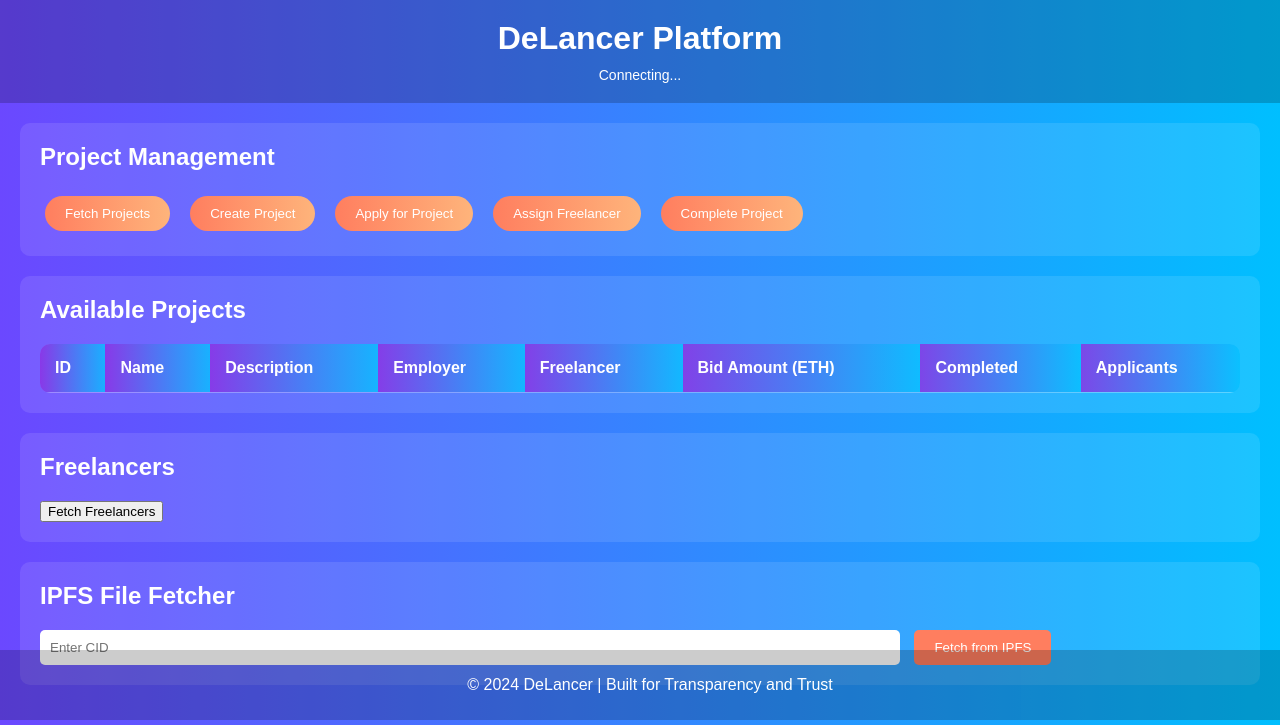
Repository: navjoth/DeLancer
Page: public/index.html
The author's editor kept a copy of each file at every save. The page is drawn from the files as they stood at one save, then again after the next save.
The browser window is 1280 px wide. The pictures show the whole page.

Above is the page before, as saved 2025-03-19 08:20:35.

### public/index.html
<!DOCTYPE html>
<html lang="en">

<head>
    <meta charset="UTF-8">
    <meta name="viewport" content="width=device-width, initial-scale=1.0">
    <title>DeLancer</title>
    <script src="https://cdn.jsdelivr.net/npm/web3@1.6.1/dist/web3.min.js"></script>
    <link rel="stylesheet" href="style.css">
</head>

<body>
    <header>
        <h1>DeLancer Platform</h1>
        <div id="userAccount" class="status">Connecting...</div>
    </header>

    <main>
        <!-- Action Buttons Section -->
        <section class="action-section">
            <h2>Project Management</h2>
            <div class="button-group">
                <button id="fetchProjectsBtn">Fetch Projects</button>
                <button id="createProjectBtn">Create Project</button>
                <button id="applyProjectBtn">Apply for Project</button>
                <button id="assignFreelancerBtn">Assign Freelancer</button>
                <button id="completeProjectBtn">Complete Project</button>
            </div>
        </section>

        <!-- Display Sections -->
        <section class="display-section">
            <h2>Available Projects</h2>
            <table>
                <thead>
                    <tr>
                        <th>ID</th>
                        <th>Name</th>
                        <th>Description</th>
                        <th>Employer</th>
                        <th>Freelancer</th>
                        <th>Bid Amount (ETH)</th>
                        <th>Completed</th>
                        <th>Applicants</th>
                    </tr>
                </thead>
                <tbody id="projectTable"></tbody>
            </table>
        </section>

        <!-- Freelancer Section -->
        <section class="freelancer-section">
            <h2>Freelancers</h2>
            <button id="fetchFreelancersBtn">Fetch Freelancers</button>
            <div id="freelancerTable"></div>
        </section>

        <!-- IPFS Section -->
        <section class="ipfs-section">
            <h2>IPFS File Fetcher</h2>
            <input type="text" id="cidInput" placeholder="Enter CID" />
            <button id="fetchButton">Fetch from IPFS</button>
        </section>
    </main>

    <footer>
        <p>© 2024 DeLancer | Built for Transparency and Trust</p>
    </footer>

    <script src="js/app.js"></script>
</body>

</html>

### public/style.css
body {
    font-family: Arial, sans-serif;
    background: linear-gradient(to right, #6b48ff, #00bfff);
    color: #fff;
    margin: 0;
    padding: 0;
}

header {
    text-align: center;
    padding: 20px;
    background: rgba(0, 0, 0, 0.2);
}

header h1 {
    margin: 0;
}

.status {
    font-size: 14px;
    margin-top: 10px;
}

main {
    padding: 20px;
}

section {
    background: rgba(255, 255, 255, 0.1);
    border-radius: 10px;
    padding: 20px;
    margin-bottom: 20px;
}

h2 {
    margin-top: 0;
}

.button-group {
    display: flex;
    gap: 10px;
    flex-wrap: wrap;
}

.button-group button {
    background: linear-gradient(90deg, #ff7e5f, #feb47b);
    color: #fff;
    border: none;
    padding: 10px 20px;
    margin: 5px;
    border-radius: 25px;
    cursor: pointer;
    transition: transform 0.2s ease, background 0.3s ease;
}

.button-group button:hover {
    transform: scale(1.05);
    background: linear-gradient(90deg, #feb47b, #ff7e5f);
}

table {
    width: 100%;
    border-collapse: collapse;
    margin-top: 20px;
    background: rgba(255, 255, 255, 0.1);
    border-radius: 10px;
    overflow: hidden;
}

th, td {
    padding: 15px;
    text-align: left;
    border-bottom: 1px solid rgba(255, 255, 255, 0.2);
    color: #fff;
}

th {
    background: linear-gradient(90deg, rgba(138, 43, 226, 0.8), rgba(0, 191, 255, 0.8));
    font-weight: bold;
}

td {
    background: rgba(255, 255, 255, 0.05);
}

#freelancerTable div {
    background: rgba(255, 255, 255, 0.1);
    padding: 15px;
    margin: 10px 0;
    border-radius: 10px;
    color: #fff;
}

#freelancerTable hr {
    border: 0;
    border-top: 1px solid rgba(255, 255, 255, 0.2);
}

.ipfs-section input {
    padding: 10px;
    width: 70%;
    border: none;
    border-radius: 5px;
    margin-right: 10px;
}

.ipfs-section button {
    padding: 10px 20px;
    border: none;
    border-radius: 5px;
    background: #ff7e5f;
    color: #fff;
    cursor: pointer;
}

footer {
    text-align: center;
    padding: 10px;
    background: rgba(0, 0, 0, 0.2);
    position: fixed;
    bottom: 0;
    width: 100%;
}

Loaded but not shown: public/js/app.js (735 lines, source omitted)

After the next save:
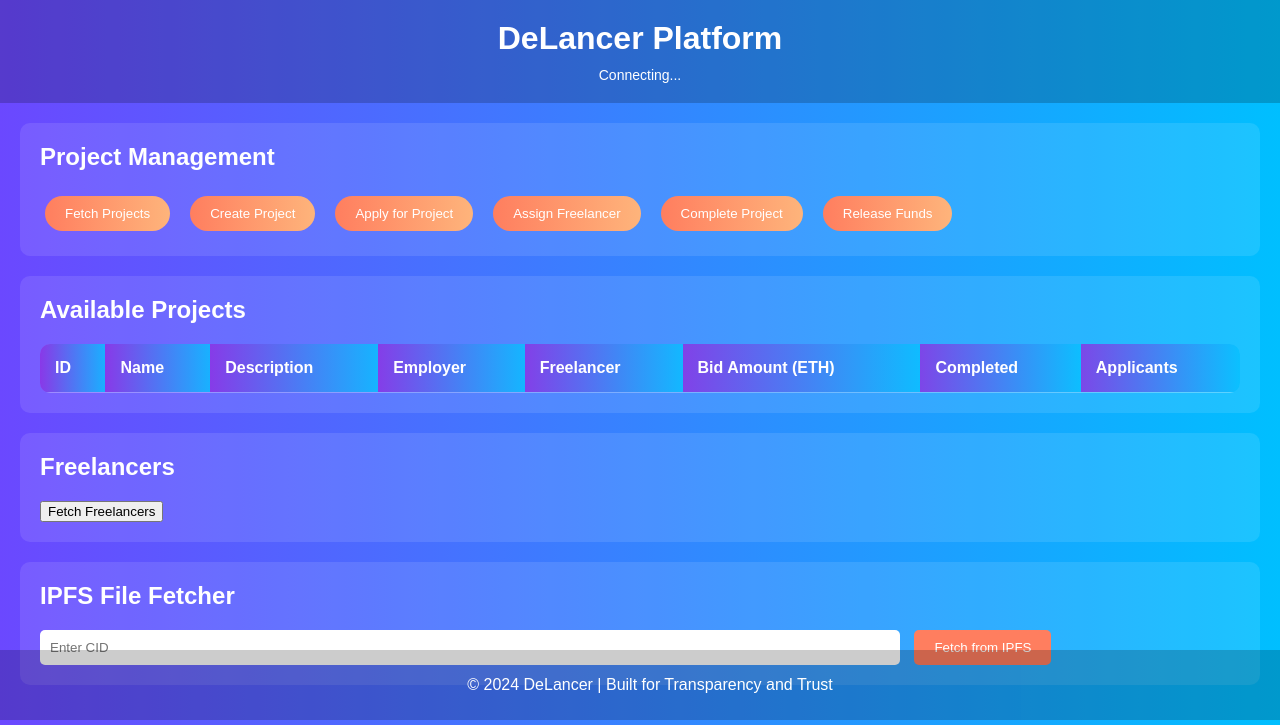
Saved 24 s later.
--- a/public/index.html
+++ b/public/index.html
@@ -25,6 +25,7 @@
                 <button id="applyProjectBtn">Apply for Project</button>
                 <button id="assignFreelancerBtn">Assign Freelancer</button>
                 <button id="completeProjectBtn">Complete Project</button>
+                <button id="releaseFundsBtn">Release Funds</button>
             </div>
         </section>
 

After the save that followed:
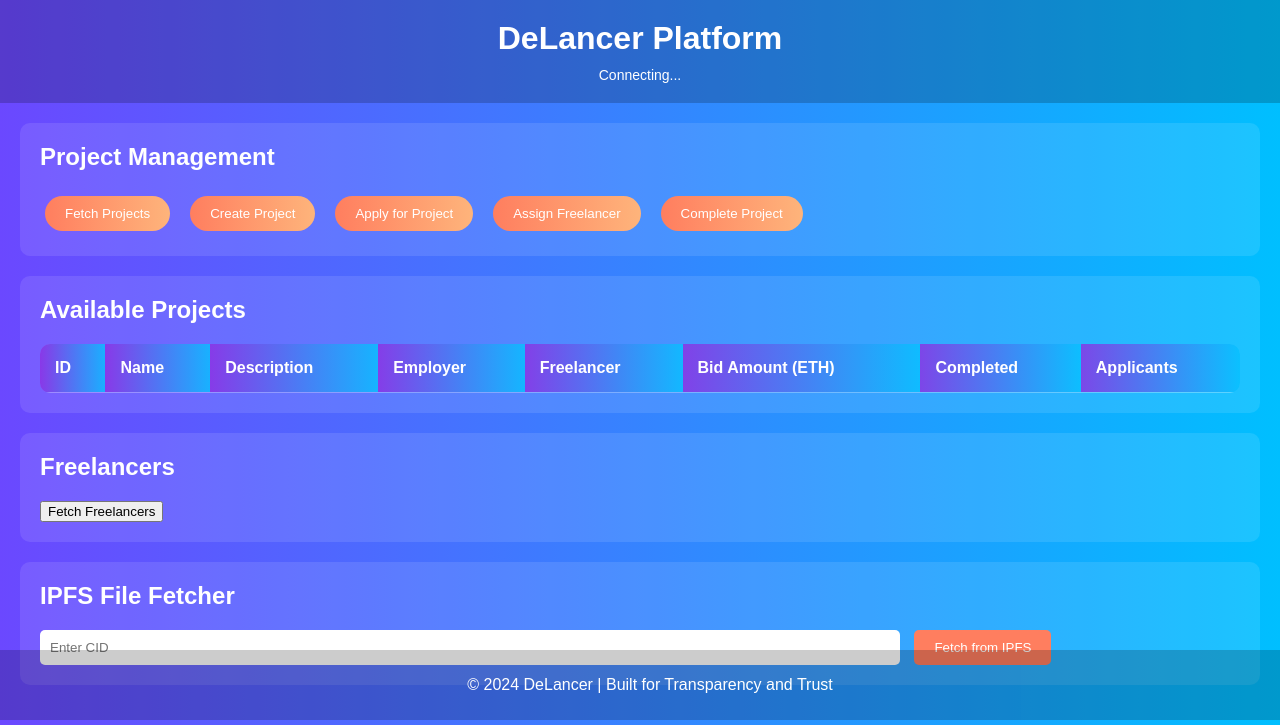
Saved 77 s later.
--- a/public/index.html
+++ b/public/index.html
@@ -25,7 +25,6 @@
                 <button id="applyProjectBtn">Apply for Project</button>
                 <button id="assignFreelancerBtn">Assign Freelancer</button>
                 <button id="completeProjectBtn">Complete Project</button>
-                <button id="releaseFundsBtn">Release Funds</button>
             </div>
         </section>
 
